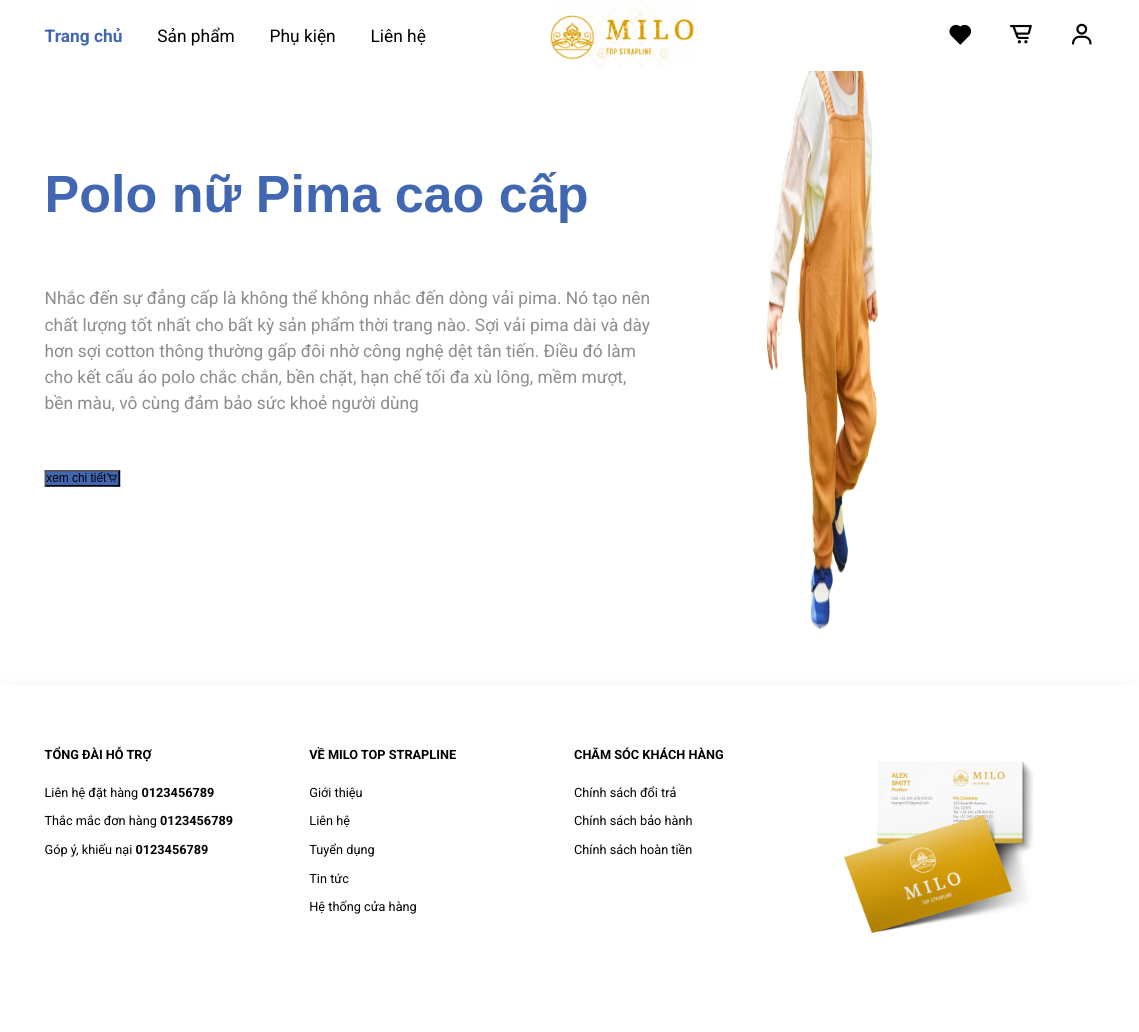
Repository: QuyHoang99k/shop
Page: /
The author's editor kept a copy of each file at every save. The page is drawn from the files as they stood at one save, then again after the next save.
The browser window is 1280 px wide. The pictures show the whole page, at 89% of full size.
The project was rebuilt for these pictures with package versions that can differ from the ones it lists, and the page was loaded fresh each time. Also part of the build but not shown: src/pages/Catalog.jsx, src/pages/Cart.jsx, src/pages/Product.jsx.

Above is the page before, as saved 2021-10-16 15:20:02.

### src/index.js
import React from 'react';
import ReactDOM from 'react-dom';
import reportWebVitals from './reportWebVitals';

import './assets/boxicons-2.0.7/css/boxicons.min.css'
import './sass/index.scss'


import Layout from './components/Layout'


ReactDOM.render(
  <React.StrictMode>
   <Layout/>
  </React.StrictMode>,
  document.getElementById('root')
);

// If you want to start measuring performance in your app, pass a function
// to log results (for example: reportWebVitals(console.log))
// or send to an analytics endpoint. Learn more: https://bit.ly/CRA-vitals
reportWebVitals();

### src/sass/index.scss
@import "./_variables.scss";
@import "./mixins";
@import "./_base.scss";

@import "./components/header";
@import "./components/footer";
@import "./components/hero-slider";

### src/components/Layout.jsx
import React from 'react'

import { BrowserRouter, Route } from 'react-router-dom'

import Header from './Header'
import Footer from './Footer'

import Routes from '../routes/Routes'

const Layout = () => {
    return (
        <BrowserRouter>
            <Route render={props => (
                <div>
                    <Header {...props}/>
                    <div className="container">
                        <div className="main">
                            <Routes/>
                        </div>
                    </div>
                    <Footer/>
                </div>
            )}/>
        </BrowserRouter>
    )
}

export default Layout

### src/sass/_variables.scss
$main-bg: #fff;
$main-color: #4267b2;

$txt-main-color: #000;
$txt-second-color:#8d8d8d;
$txt-white:#fff;

$btn-main-bg: $main-color;
$btn-main-color:#fff;

$header-height:80px;
$header-tablet-height:70px;
$header-mobile-height:40px;
$header-shrink-height:70px;

$box-shadow: rgba(149,157,165,0.2) 0px 8px 24px;

$colors:(
  "blue":#4267b2,
  "orange":#fbb96b,
  "pink":#fe7e73,
  "white":#fff,
  "black":#000,
  "main":$main-color

);
$mobile-width: 600px;
$tablet-width:1024px;

$numbers: (0,1,2,3,4,5,6,7,8);

### src/sass/_mixins.scss
@mixin flex ($align-item, $justify-content) {
    display: flex;
    align-items: $align-item;
    justify-content: $justify-content;
}
@mixin mobile {
    @media only screen and (max-width: $mobile-width){
        @content;
    }
}
@mixin tablet {
    @media only screen and (max-width: $tablet-width){
        @content;
    }
}

### src/sass/_base.scss
@import url("https://fonts.googleapis.com/css2?family=M+PLUS+Rounded+1c:wght@100;300;400;500;700;800;900&family=Roboto:ital,wght@0,100;0,300;0,400;0,500;0,700;0,900;1,100;1,300;1,400;1,500;1,700;1,900&display=swap");

@import url("https://fonts.googleapis.com/css2?family=M+PLUS+Rounded+1c:wght@100;300;400;500;700;800;900&family=Roboto:ital,wght@0,100;0,300;0,400;0,500;0,700;0,900;1,100;1,300;1,400;1,500;1,700;1,900&display=swap");

* {
    padding: 0;
    margin: 0;
    box-sizing: border-box;
    -webkit-tap-highlight-color: transparent;
    user-select: none;
}

html {
    font-size: 13px;
}

body {
    font-family: "Roboto", sans-serif;
}

ul {
    list-style-type: none;
}

a {
    text-decoration: none;
    color: unset;
}

a:hover {
    color: $main-color;
}

img {
    max-width: 100%;
}

@each $color, $val in $colors {
    .color-#{$color} {
        color: $val;
    }

    .bg-#{$color} {
        background-color: $val;
    }
}

@each $val in $numbers {
    .grid-col-#{$val} {
        grid-template-columns: repeat($val, 1fr);
    }
}

@each $val in $numbers {
    .grid-col-md-#{$val} {
        @include tablet {
            grid-template-columns: repeat($val, 1fr);
        }
    }
}

@each $val in $numbers {
    .grid-col-sm-#{$val} {
        @include mobile {
            grid-template-columns: repeat($val, 1fr);
        }
    }
}

.container {
    width: 100%;
    max-width: 1620px;
    padding: 0 50px;
    margin: auto;

    @include tablet {
        padding: 0 20px;
    }

    @include mobile {
        padding: 0 10px;
    }
}

.main {
    margin-top: $header-height;
    margin-bottom: 2rem;
    min-height: 100vh;

    @include tablet {
        margin-top: calc(#{$header-tablet-height} + 20px);
    }

    @include mobile {
        margin-top: calc(#{$header-mobile-height} + 10px);
    }
}

.grid {
    display: grid;
}

### src/sass/components/_header.scss
.header {
    background-color: $main-bg;
    position: fixed;
    top: 0;
    left: 0;
    width: 100%;
    z-index: 100;
    height: $header-height;
    transition: height 0.3s ease;

    @include tablet {
        height: $header-tablet-height;
        box-shadow: $box-shadow;
    }

    @include mobile {
        height: $header-mobile-height;
    }

    .container {
        height: 100%;
    }

    &.shrink {
        height: $header-shrink-height;
        box-shadow: $box-shadow;
        z-index: 100;

        @include mobile {
            height: $header-mobile-height;
        }
    }

    &__logo {
        @include flex(center, center);
        position: absolute;
        inset: 0;
        pointer-events: none;

        img {
            height: 75px;
            margin-left: 120px;
            @include tablet{
                height: 50px;
            };
            @include mobile{
                height: 38px;
            }

        }
    }

    &__menu {
        @include flex(center, space-between);
        height: 100%;
        font-size: 1.5rem;

        &__item ~ &__item {
            margin-left: 39px;

            @include tablet {
                margin-left: 20px;
            }

            @include mobile {
                margin-left: 10px;
            }
        }

        &__item.active {
            font-weight: 600;
            color: $main-color;
        }

        &__item:hover {
            color: $main-color;
        }

        &__left,
        &__right {
            @include flex(center, center);
            height: 100%;
        }

        &__right {
            font-size: 2.25rem;

            &__item {
                @include flex(center, center);

                @include tablet {
                    margin-left: 10px;
                }
            }

            @include mobile {
                font-size: 1.5rem;
            }
        }

        &__left {
            &__close {
                display: none;
            }

            @include tablet {
                flex-direction: column;
                background-color: $main-bg;
                position: absolute;
                left: 0;
                top: 0;
                width: 100%;
                height: 100vh;
                justify-content: flex-start;
                padding-top: 30px;
                transform: translateX(-100%);
                transition: transform 0.5s ease;

                &.active {
                    transform: translateX(0);
                }

                &__item ~ &__item {
                    margin-left: unset;
                    margin-top: 20px;
                }

                &__close {
                    display: block;
                    position: absolute;
                    left: 20px;
                    font-size: 2.5rem;
                }
            }
        }

        &__mobile-toggle {
            display: none;

            @include tablet {
                display: block;
                font-size: 2.5rem;
            }
        }
    }
}

### src/sass/components/_footer.scss
.footer{
    padding: 70px 0;
    box-shadow: $box-shadow;
    font-size: 1.1rem;
    &__logo{
        height: 220px;
        width: 220px;
    }

    &__about{
        p{
            margin-bottom: 2rem;
        }
    }
    &__title{
        text-transform: uppercase;
        margin-bottom: 2rem;
        font-weight: 600;
    }
    &__content {
        p {
            margin-bottom: 1.25rem;
        }
    }
}

### src/sass/components/_hero-slider.scss
.hero-slider {
    height: 100vh;
    max-height: 1080px;
    overflow: hidden;
    position: relative;
    margin-bottom: 50px;
    margin-top: calc(#{$header-height} * -1);
    @include tablet {
        margin-top: calc(#{$header-tablet-height} * -1);
    }
    @include mobile {
        margin-top: calc(#{$header-mobile-height} * -1);
    }
    &__item{
        @include flex(center,space-between);

        opacity: 0;
        visibility: hidden;
        pointer-events: none;
        position: absolute;
        inset: 0;
        &.active{
            opacity: 1;
            visibility: visible;
            pointer-events: visible;
        }
        &__info{
            width: 58.33%;
            &__title,
            &__description{
                margin-bottom: 60px;

                @include tablet{
                    margin-bottom: 15px;
                }
            }
            &__title{
                font-family: " M PLUS Rounded 1c",sans-serif;
                font-weight: 600;
                font-size: 4.5rem;
                line-height: 6.75rem;
                overflow: hidden;
            }
            &__description{
                color: $txt-second-color;
                font-size: 1.5rem;
                line-height: 2.25rem;
                overflow: hidden;
            }
            &__btn{
                overflow: hidden;
            }
        }
        &__image{
            flex-grow: 1;
            position: relative;
            height: 100%;
            z-index: 99;
            pointer-events: none;
            img{
                height: 120vh;
                position: absolute;
                bottom: 0;
                right: 0;
            }
        }
    }
}

### src/components/Header.jsx
import React, { useRef, useEffect } from 'react'
import { Link, useLocation } from 'react-router-dom'

import logo from '../assets/images/Logo-2.png'

const mainNav = [
    {
        display: "Trang chủ",
        path: "/"
    },
    {
        display: "Sản phẩm",
        path: "/catalog"
    },
    {
        display: "Phụ kiện",
        path: "/accessories"
    },
    {
        display: "Liên hệ",
        path: "/contact"
    }
]

const Header = () => {

    const { pathname } = useLocation()
    const activeNav = mainNav.findIndex(e => e.path === pathname)

    const headerRef = useRef(null)

    useEffect(() => {
        window.addEventListener("scroll", () => {
            if (document.body.scrollTop > 80 || document.documentElement.scrollTop > 80) {
                headerRef.current.classList.add('shrink')
            } else {
                headerRef.current.classList.remove('shrink')
            }
        })
        return () => {
            window.removeEventListener("scroll")
        };
    }, []);

    const menuLeft = useRef(null)

    const menuToggle = () => menuLeft.current.classList.toggle('active')

    return (
        <div className="header" ref={headerRef}>
            <div className="container">
                <div className="header__logo">
                    <Link to="/">
                        <img src={logo} alt="" />
                    </Link>
                </div>
                <div className="header__menu">
                    <div className="header__menu__mobile-toggle" onClick={menuToggle}>
                        <i className='bx bx-menu-alt-left'></i>
                    </div>
                    <div className="header__menu__left" ref={menuLeft}>
                        <div className="header__menu__left__close" onClick={menuToggle}>
                            <i className='bx bx-chevron-left'></i>
                        </div>
                        {
                            mainNav.map((item, index) => (
                                <div
                                    key={index}
                                    className={`header__menu__item header__menu__left__item ${index === activeNav ? 'active' : ''}`}
                                    onClick={menuToggle}
                                >
                                    <Link to={item.path}>
                                        <span>{item.display}</span>
                                    </Link>
                                </div>
                            ))
                        }
                    </div>
                    <div className="header__menu__right">
                        <div className="header__menu__item header__menu__right__item">
                        <i className='bx bxs-heart'></i>
                        </div>
                        <div className="header__menu__item header__menu__right__item">
                            <Link to="/cart">
                            <i class='bx bx-cart-alt'></i>
                            </Link>
                        </div>
                        <div className="header__menu__item header__menu__right__item">
                            <i className="bx bx-user"></i>
                        </div>
                    </div>
                </div>
            </div>
        </div>
    )
}

export default Header

### src/components/Footer.jsx
import React from 'react'

import { Link } from 'react-router-dom'

import Grid from './Grid'

import logo from '../assets/images/logo-footer.png'

const footerAboutLinks = [
    {
        display: "Giới thiệu",
        path: "/about"
    },
    {
        display: "Liên hệ",
        path: "/about"
    },
    {
        display: "Tuyển dụng",
        path: "/about"
    },
    {
        display: "Tin tức",
        path: "/about"
    },
    {
        display: "Hệ thống cửa hàng",
        path: "/about"
    }
]

const footerCustomerLinks = [
    {
        display: "Chính sách đổi trả",
        path: "/about"
    },
    {
        display: "Chính sách bảo hành",
        path: "/about"
    },
    {
        display: "Chính sách hoàn tiền",
        path: "/about"
    }
]
const Footer = () => {
    return (
        <footer className="footer">
            <div className="container">
                <Grid
                    col={4}
                    mdCol={2}
                    smCol={1}
                    gap={10}
                >
                    <div>
                        <div className="footer__title">
                            Tổng đài hỗ trợ
                        </div>
                        <div className="footer__content">
                            <p>
                                Liên hệ đặt hàng <strong>0123456789</strong>
                            </p>
                            <p>
                                Thắc mắc đơn hàng <strong>0123456789</strong>
                            </p>
                            <p>
                                Góp ý, khiếu nại <strong>0123456789</strong>
                            </p>
                        </div>
                    </div>
                    <div>
                        <div className="footer__title">
                            Về Milo Top strapline
                        </div>
                        <div className="footer__content">
                            {
                                footerAboutLinks.map((item, index) => (
                                    <p key={index}>
                                        <Link to={item.path}>
                                            {item.display}
                                        </Link>
                                    </p>
                                ))
                            }
                        </div>
                    </div>
                    <div>
                        <div className="footer__title">
                            Chăm sóc khách hàng
                        </div>
                        <div className="footer__content">
                            {
                                footerCustomerLinks.map((item, index) => (
                                    <p key={index}>
                                        <Link to={item.path}>
                                            {item.display}
                                        </Link>
                                    </p>
                                ))
                            }
                        </div>
                    </div>
                    <div className="footer__about">
                        <p>
                            <Link to="/">
                                <img src={logo} className="footer__logo" alt="" />
                            </Link>
                        </p>

                    </div>
                </Grid>
            </div>
        </footer>
    )
}

export default Footer

### src/routes/Routes.jsx
/* eslint-disable no-unused-vars */
import React from 'react'
import { Route,Switch } from 'react-router'

import Home from '../pages/Home'
import Catalog from '../pages/Catalog'
import Cart from '../pages/Cart'
import Product from '../pages/Product'



const Routes = () => {
  return (
    <Switch>
      <Route path='/' exact component ={Home}/>
      <Route path='/catalog/:slug' exact component ={Product}/>
      <Route path='/catalog' exact component ={Catalog}/>
      <Route path='/cart' exact component ={Cart}/>
    </Switch>
  )
}

export default Routes

### src/components/Grid.jsx
import React from 'react'
import PropTypes from 'prop-types'

const Grid = props => {

    const style = {
        gap: props.gap ? `${props.gap}px` : '0'
    }

    const col = props.col ? `grid-col-${props.col}` : ''
    const mdCol = props.mdCol ? `grid-col-md-${props.mdCol}` : ''
    const smCol = props.smCol ? `grid-col-sm-${props.smCol}` : ''

    return (
        <div className={`grid ${col} ${mdCol} ${smCol}`} style={style}>
            {props.children}
        </div>
    )
}


Grid.propTypes = {
    col: PropTypes.number.isRequired,
    mdCol: PropTypes.number,
    smCol: PropTypes.number,
    gap: PropTypes.number
}

export default Grid

### src/pages/Home.jsx
import React from 'react'
import Helmet from '../components/Helmet'
import HeroSlider from '../components/HeroSlider'
import heroSliderData from '../assets/fake-data/hero-slider'

const Home = () => {
  return (
    <Helmet title="Trang chủ">
      {/* slider */}
        <HeroSlider data={heroSliderData}/>
      {/* end slider */}
    </Helmet>
  )
}

export default Home

### src/components/Helmet.jsx
import React from 'react'
import PropTypes from 'prop-types'

const Helmet = props => {

    document.title = 'Milo - ' + props.title
    return (
        <div>
            {props.children}
        </div>
    )
}

Helmet.propTypes = {
    title:PropTypes.string.isRequired
}

export default Helmet

### src/components/HeroSlider.jsx
import React, { useEffect, useState, useCallback } from 'react'
import PropTypes from 'prop-types'
import { Link } from 'react-router-dom'

import Button from './Button'

const HeroSlider = props => {

    const data = props.data

    const timeOut = props.timeOut ? props.timeOut : 3000

    const [activeSlide, setActiveSlide] = useState(0);

    const nextSlide = useCallback(
        () => {
            const index = activeSlide + 1 === data.length ? 0 : activeSlide + 1
            setActiveSlide(index)
        },
        [activeSlide, data],
    )

    const prevSlide = () => {
        const index = activeSlide - 1 < 0 ? data.length - 1 : activeSlide - 1
        setActiveSlide(index)
    }

    useEffect(() => {
        if (props.auto) {
            const slideAuto = setInterval(() => {
                nextSlide()
            }, timeOut);
            return () => {
                clearInterval(slideAuto)
            }
        }
    }, [nextSlide, timeOut, props])

    return (
        <div className="hero-slider">
            {
                data.map((item, index) => (
                    <HeroSliderItem key={index} item={item} active={index === activeSlide}/>
                ))
            }
            {
                props.control ? (
                    <div className="hero-slider__control">
                        <div className="hero-slider__control__item" onClick={prevSlide}>
                            <i className="bx bx-chevron-left"></i>
                        </div>
                        <div className="hero-slider__control__item">
                            <div className="index">
                                {activeSlide + 1}/{data.length}
                            </div>
                        </div>
                        <div className="hero-slider__control__item" onClick={nextSlide}>
                            <i className="bx bx-chevron-right"></i>
                        </div>
                    </div>
                ) : null
            }
        </div>
    )
}

HeroSlider.propTypes = {
    data: PropTypes.array.isRequired,
    control: PropTypes.bool,
    auto: PropTypes.bool,
    timeOut: PropTypes.number
}

const HeroSliderItem = props => (
    <div className={`hero-slider__item ${props.active ? 'active' : ''}`}>
        <div className="hero-slider__item__info">
            <div className={`hero-slider__item__info__title color-${props.item.color}`}>
                <span>{props.item.title}</span>
            </div>
            <div className="hero-slider__item__info__description">
                <span>{props.item.description}</span>
            </div>
            <div className="hero-slider__item__info__btn">
                <Link to={props.item.path}>
                    <Button
                        backgroundColor={props.item.color}
                        icon="bx bx-cart"
                        animate={true}
                    >
                        xem chi tiết
                    </Button>
                </Link>
            </div>
        </div>
        <div className="hero-slider__item__image">
            <div className={`shape bg-${props.item.color}`}></div>
            <img src={props.item.img} alt="" />
        </div>
    </div>
)

export default HeroSlider

### src/components/Button.jsx
import React from 'react'
import PropTypes from 'prop-types'

const Button = props => {

    const bg = props.backgroundColor ? 'bg-' + props.backgroundColor : 'bg-main'

    const size = props.size ? 'btn-' + props.size : ''

    const animate = props.animate ? 'btn-animate' : ''

    return (
        <button
            className={`btn ${bg} ${size} ${animate}`}
            onClick={props.onClick ? () => props.onClick() : null}
        >
            <span className="btn__txt">{props.children}</span>
            {
                props.icon ? (
                    <span className="btn__icon">
                        <i className={`${props.icon} bx-tada`}></i>
                    </span>
                ) : null
            }
        </button>
    )
}

Button.propTypes = {
    backgroundColor: PropTypes.string,
    size: PropTypes.string,
    icon: PropTypes.string,
    animate: PropTypes.bool,
    onclick: PropTypes.func
}

export default Button

Loaded but not shown: public/index.html (common file); src/reportWebVitals.js (common file); src/assets/boxicons-2.0.7/css/boxicons.min.css (library); src/assets/fake-data/hero-slider.js (29 lines, source omitted)

After the next save:
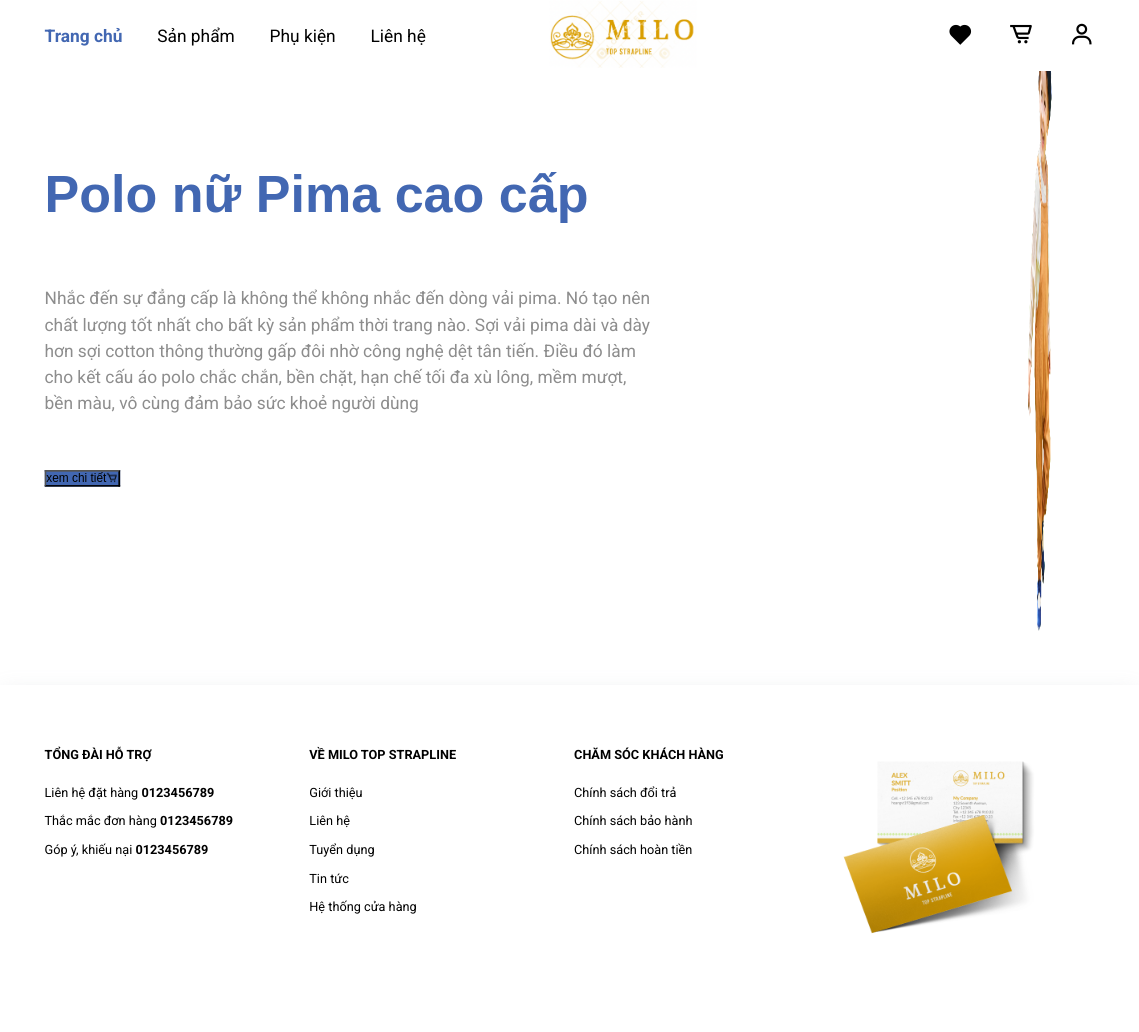
Saved 9 s later.
--- a/src/sass/components/_hero-slider.scss
+++ b/src/sass/components/_hero-slider.scss
@@ -58,7 +58,8 @@
             z-index: 99;
             pointer-events: none;
             img{
-                height: 120vh;
+                height: 100vh;
+                width: 100px;
                 position: absolute;
                 bottom: 0;
                 right: 0;
